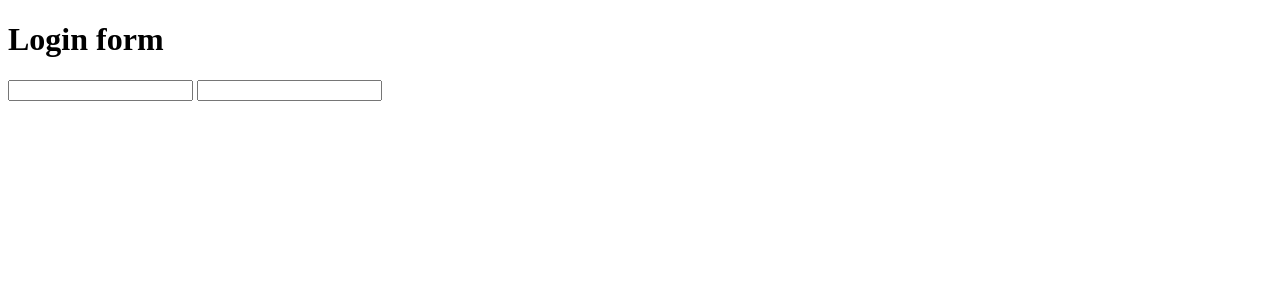
Repository: swapna2021/EmpSagilityRepo
Page: http://localhost/BootProject/login.jsp
An editor plug-in stored every save of this project. The page is shown before and after the next save, followed by the edit.
The browser window is 1280 px wide. The pictures show the whole page.
The page is served by Tomcat 9. Other server files are loaded and not shown.

Above is the page before, as saved 2024-06-24 09:45:30.

### BootProject/src/main/webapp/login.jsp
<%@ page language="java" contentType="text/html; charset=UTF-8"
    pageEncoding="UTF-8"%>
    <%@ taglib prefix="form" uri="http://www.springframework.org/tags/form"%>


<!DOCTYPE html>
<html>
<head>
<meta charset="UTF-8">
<title>Insert title here</title>
</head>
<body>
	<h1>Login form</h1>
	<form action="add">
	<input type="text" name="uname">
	<input type="password" name="pwd">
	<input type="submit" value="submit>
	</form>
</body>
</html>

After the next save:
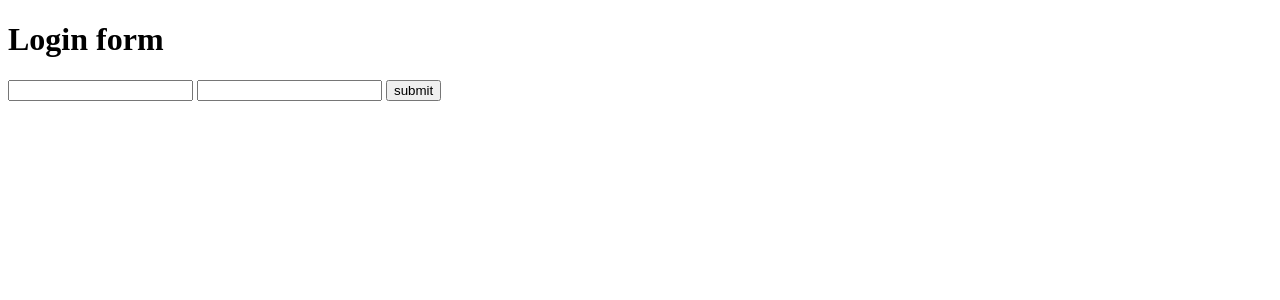
Saved 4 s later.
--- a/BootProject/src/main/webapp/login.jsp
+++ b/BootProject/src/main/webapp/login.jsp
@@ -14,7 +14,7 @@
 	<form action="add">
 	<input type="text" name="uname">
 	<input type="password" name="pwd">
-	<input type="submit" value="submit>
+	<input type="submit" value="submit">
 	</form>
 </body>
 </html>
